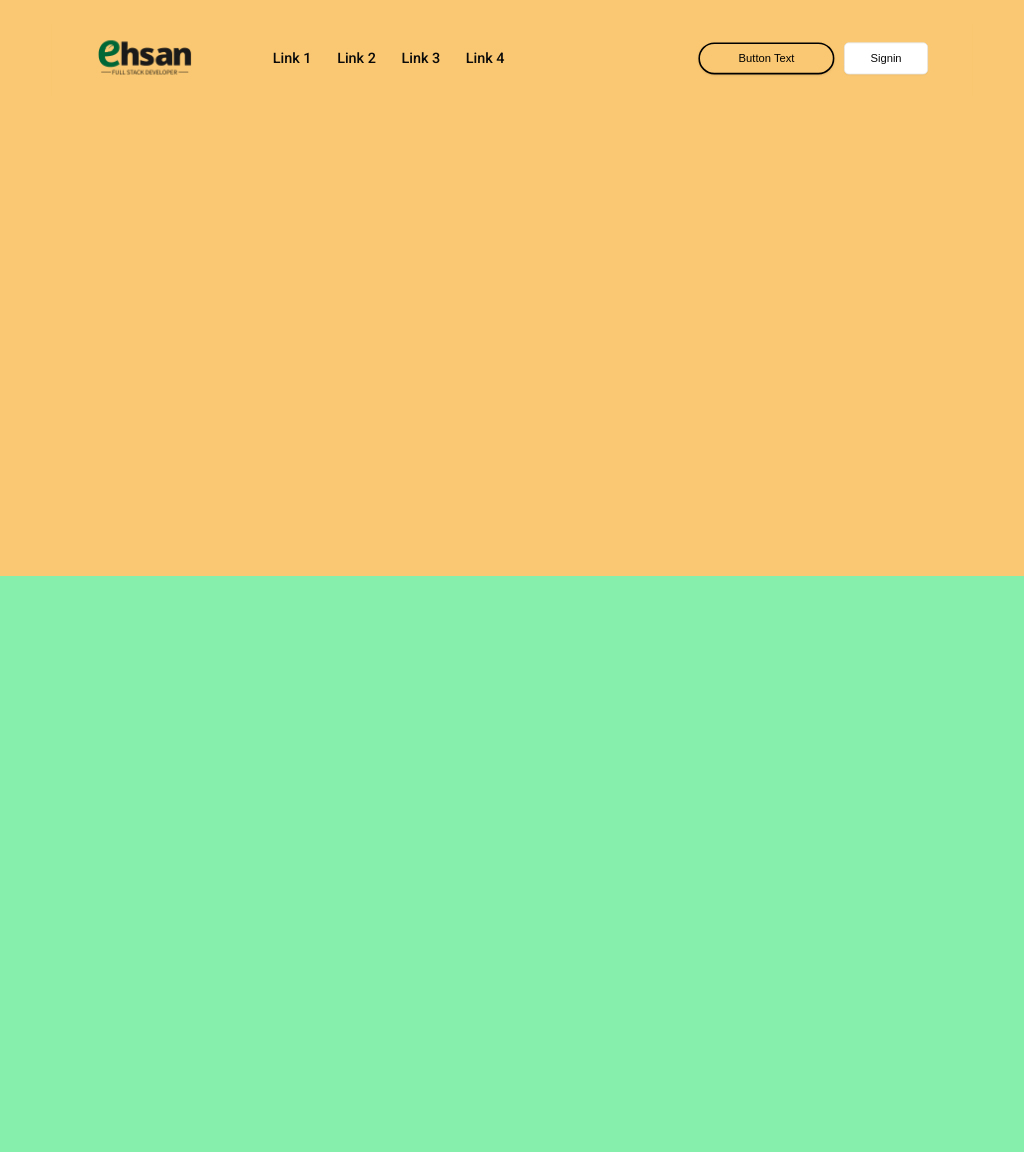
Repository: FrontendProjectsNL/mijn-portfolio-project
Page: /exercise
These files come from the project's save history. The page is drawn as it stood at one moment and after the next save; the edit follows.
The browser window is 1280 px wide. The pictures show the whole page, at 80% of full size.
The project was rebuilt for these pictures with package versions that can differ from the ones it lists, and the page was loaded fresh each time. The framework's server and built-in components were replaced by stand-ins that run in the browser. Also part of the build but not shown: next.config.mjs.

Above is the page before, as saved 2024-10-25 12:51:52.

After the next save:
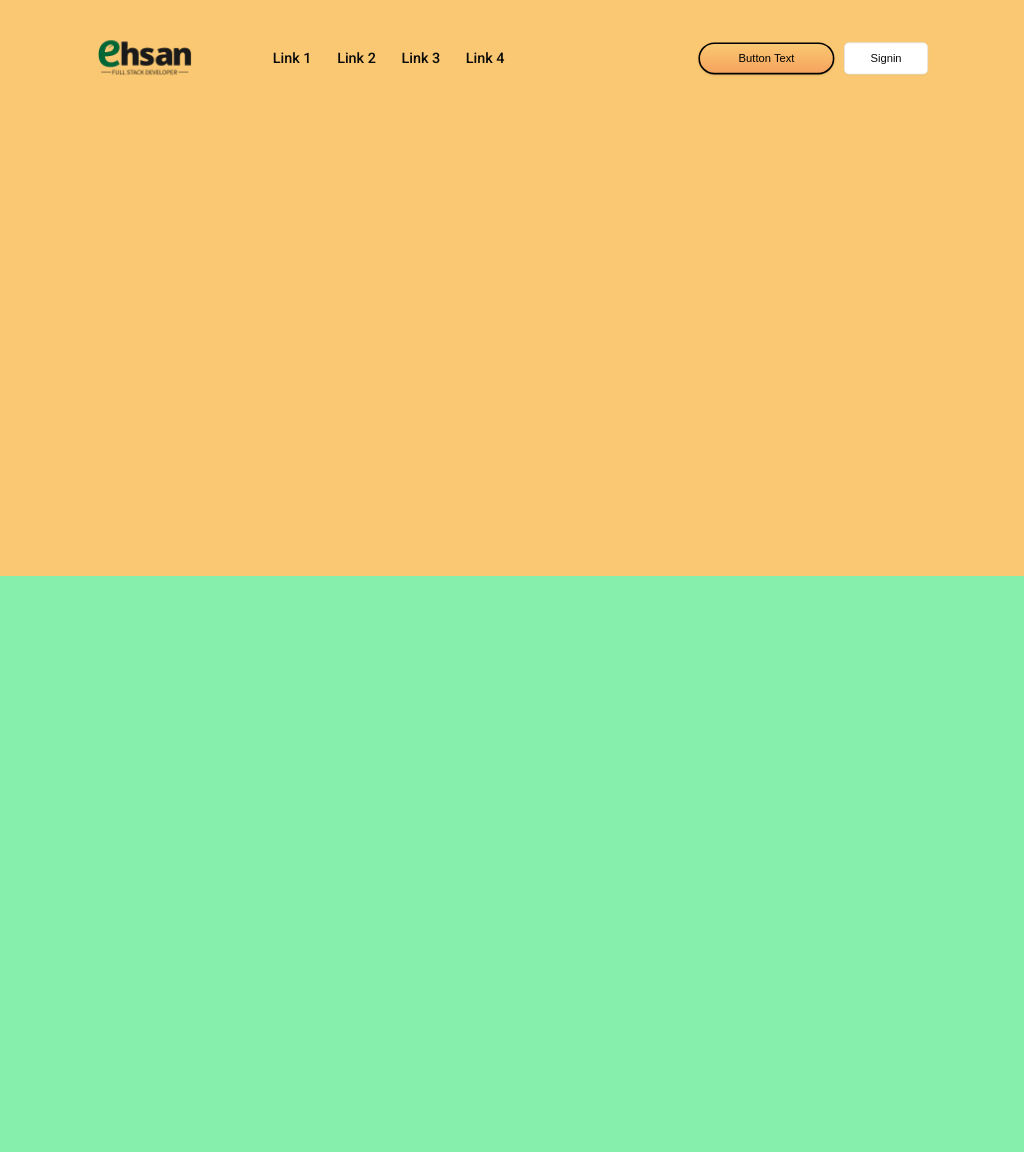
Saved 21 s later.
--- a/app/exercise/page.tsx
+++ b/app/exercise/page.tsx
@@ -83,10 +83,9 @@
         <div className="flex gap-3">
           <Button
             size="lg"
-            className="relative overflow-hidden font-medium text-black border-2 border-black px-12 rounded-full bg-transparent hover:bg-[#f27d4b] hover:bg-opacity-70"
+            className="relative overflow-hidden font-medium text-black border-2 border-black px-12 rounded-full bg-transparent bg-gradient-to-t from-[#f27d4b] to-transparent bg-[length:100%_200%] hover:bg-[length:100%_100%] hover:animate-[bg-fill-up_5s_linear]"
           >
-            <span className="absolute inset-0 bg-gradient-to-t from-[#f27d4b] to-transparent opacity-0 hover:opacity-70 transition-opacity duration-[5000]"></span>
-            <span className="relative z-10">Button Text</span>
+            Button Text
           </Button>
 
           <Button size={'lg'} variant={'outline'}>

After the 2 saves that followed:
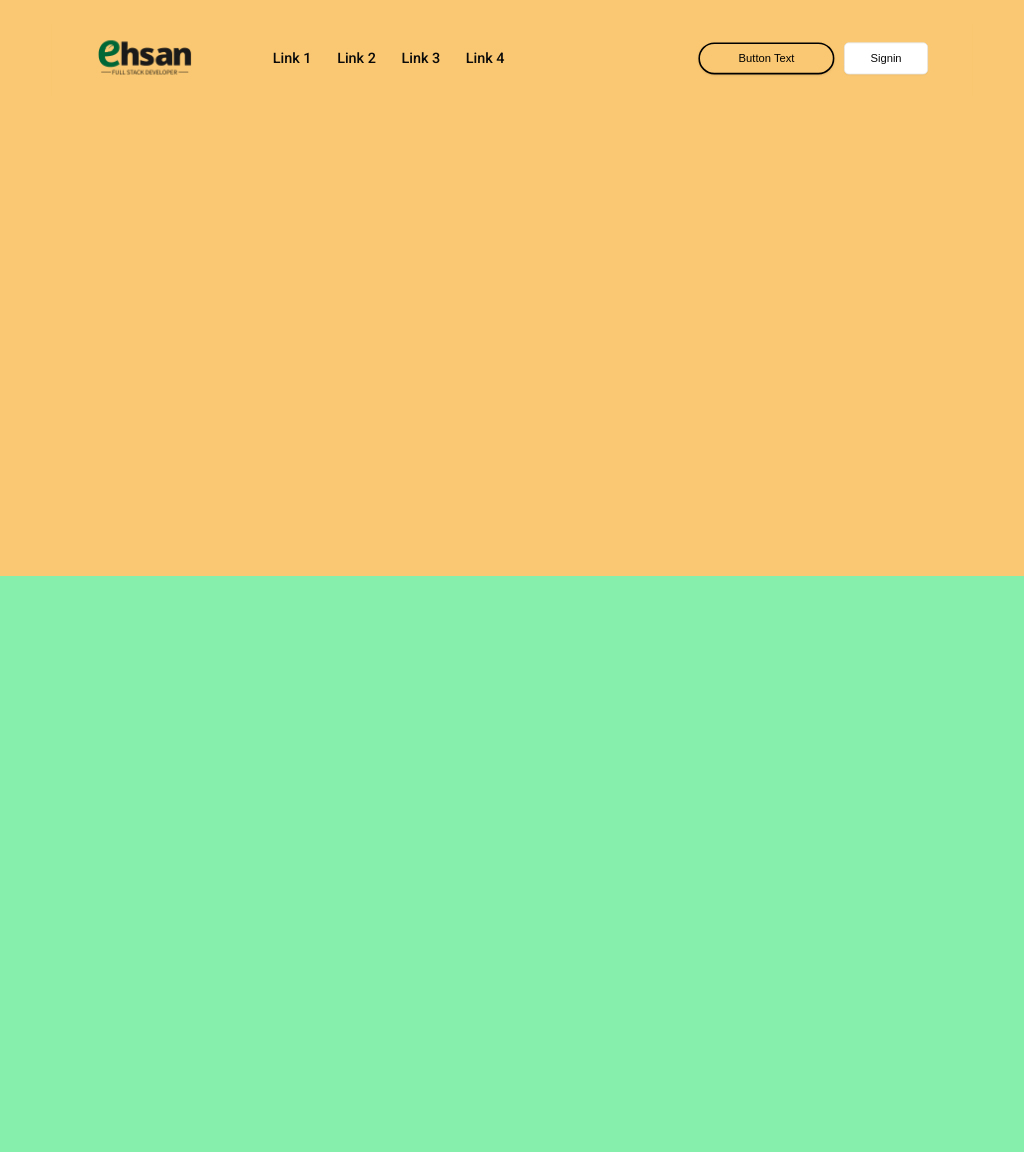
The 2 saves are shown as one change because 1 left the picture as it was.
The last was saved 106 s later.
--- a/app/exercise/page.tsx
+++ b/app/exercise/page.tsx
@@ -83,9 +83,9 @@
         <div className="flex gap-3">
           <Button
             size="lg"
-            className="relative overflow-hidden font-medium text-black border-2 border-black px-12 rounded-full bg-transparent bg-gradient-to-t from-[#f27d4b] to-transparent bg-[length:100%_200%] hover:bg-[length:100%_100%] hover:animate-[bg-fill-up_5s_linear]"
+            className="relative overflow-hidden font-medium text-black border-2 border-black px-12 rounded-full bg-transparent before:absolute before:inset-0 before:bg-[#f27d4b] before:bg-opacity-70 before:origin-bottom before:scale-y-0 before:transition-transform before:duration-[5000ms] hover:before:scale-y-100"
           >
-            Button Text
+            <span className="relative z-10">Button Text</span>
           </Button>
 
           <Button size={'lg'} variant={'outline'}>
--- a/app/globals.css
+++ b/app/globals.css
@@ -77,7 +77,7 @@ body {
   }
 }
 
-@keyframes bg-fill-up {
+@keyframes fill-up {
   0% {
     background-position: 0 100%;
   }
